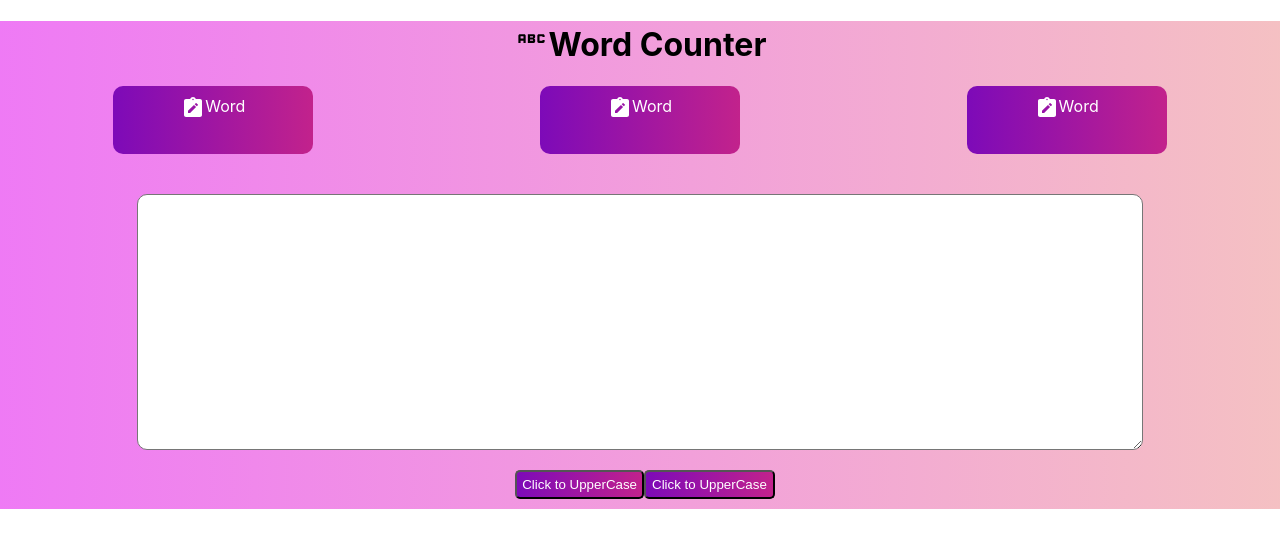
Repository: 123cuongcao/nopbai-basic
Page: /
The author's editor kept a copy of each file at every save. The page is drawn from the files as they stood at one save, then again after the next save.
The browser window is 1280 px wide. The pictures show the whole page.
The project was rebuilt for these pictures with package versions that can differ from the ones it lists, and the page was loaded fresh each time.

Above is the page before, as saved 2023-08-15 11:50:00.

### src/App.js
import logo from './logo.svg';
// import './App.css';
import Index from './components';

function App() {
  return (
    <>
      <Index/>
    </>
  );
}

export default App;

### src/components/index.jsx
import React from "react";
import Box from "./views/box";
import AbcIcon from '@mui/icons-material/Abc';
import Textarea from "./views/textarea";

export default function Index() {
  return (
    <div
      style={{
        background: "linear-gradient(to right,#e002ec86,#f3b6b9db",
      }}
    >
        <h1 style={{textAlign:'center'}}> <span ><AbcIcon fontSize="large"/></span>Word Counter</h1>

      <div style={{display: "flex",justifyContent:'space-around'}} >
        <Box />
        <Box />
        <Box />
      </div>

      <div style={{display:'flex',justifyContent:'center',marginTop:'40px'}}>
            <Textarea/>
      </div>

      <div style={{display:'flex',justifyContent:'center',padding:'20px 0px 10px 0px'}}>
            <button style={{background:'linear-gradient(to right,#7D0AB8,#C2228C',color:'#fff',borderRadius:'5px' ,padding:'5px',marginLeft:'10px'}} >Click to UpperCase</button>
            <button style={{background:'linear-gradient(to right,#7D0AB8,#C2228C',color:'#fff',borderRadius:'5px'}} >Click to UpperCase</button>

      </div>
    </div>
  );
}

### src/components/views/box.jsx
import React from 'react'
import NoteAltIcon from '@mui/icons-material/NoteAlt';

export default function Box() {
  return (
    <div style={{background:'linear-gradient(to right,#7D0AB8,#C2228C',width:'200px',display:'flex',justifyContent:'center',color:'#ffff',borderRadius:'10px'}}>
      <div style={{display:'flex',padding:"10px 30px 30px 30px"}}>
      <span><NoteAltIcon/></span>
      <span>Word</span>
      </div>


    </div>
  )
}

### src/components/views/textarea.jsx
import React from 'react'

export default function Textarea() {
  return (
    <>
        <textarea style={{width:'1000px',height:'250px',borderRadius:'10px',}}></textarea>
    </>
  )
}

Loaded but not shown: public/index.html (common file); src/index.js (common file); src/index.css (common file); src/reportWebVitals.js (common file)

After the next save:
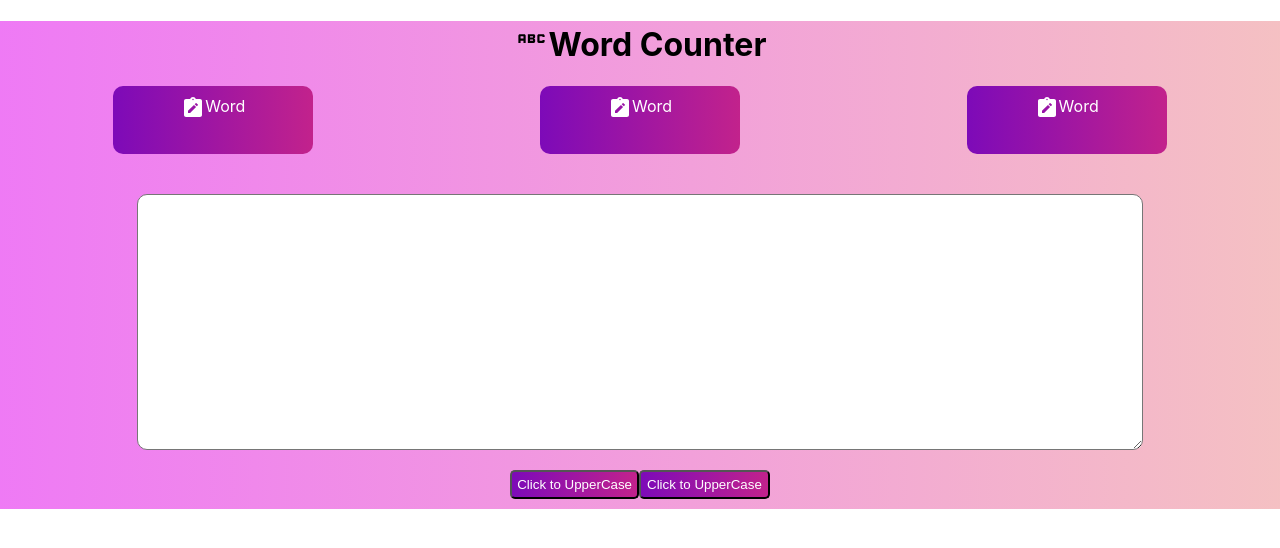
Saved 6 s later.
--- a/src/components/index.jsx
+++ b/src/components/index.jsx
@@ -23,7 +23,7 @@ export default function Index() {
       </div>
 
       <div style={{display:'flex',justifyContent:'center',padding:'20px 0px 10px 0px'}}>
-            <button style={{background:'linear-gradient(to right,#7D0AB8,#C2228C',color:'#fff',borderRadius:'5px' ,padding:'5px',marginLeft:'10px'}} >Click to UpperCase</button>
+            <button style={{background:'linear-gradient(to right,#7D0AB8,#C2228C',color:'#fff',borderRadius:'5px' ,padding:'5px'}} >Click to UpperCase</button>
             <button style={{background:'linear-gradient(to right,#7D0AB8,#C2228C',color:'#fff',borderRadius:'5px'}} >Click to UpperCase</button>
 
       </div>
